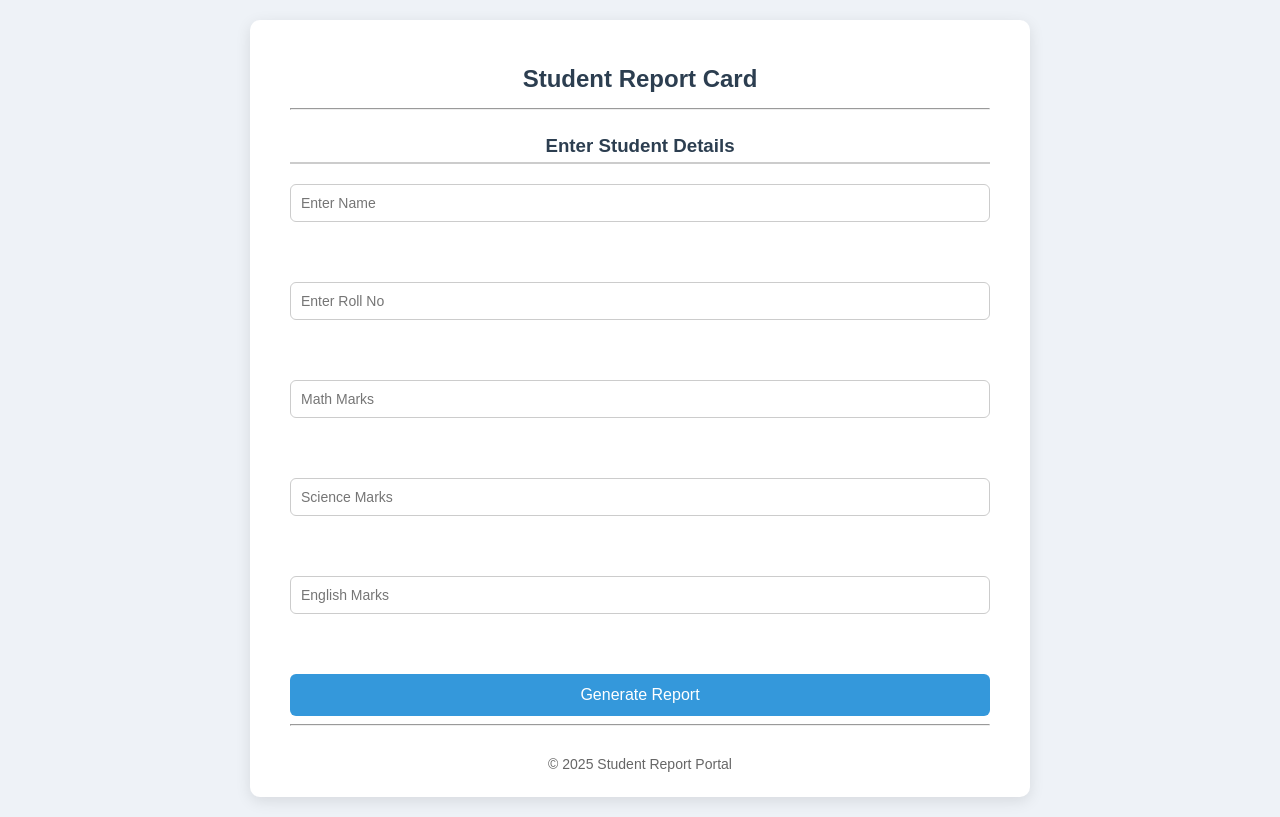
Repository: ashwinii19/Core-Java-Learning
Page: http://localhost/24-JSP/
These files come from the project's save history. The page is drawn as it stood at one moment and after the next save; the edit follows.
The browser window is 1280 px wide. The pictures show the whole page.
The page is served by Tomcat 9. Other server files are loaded and not shown.

Above is the page before, as saved 2025-08-20 03:55:32.

### 24-JSP/src/main/webapp/index.jsp
<%@ page language="java" contentType="text/html; charset=ISO-8859-1"
    pageEncoding="ISO-8859-1"%>
<!DOCTYPE html>
<html>
<head>
<meta charset="ISO-8859-1">
<title>Home</title>
</head>
<body>
    <jsp:include page="header.jsp"/>

    <h3>Enter Student Details</h3>
    <form action="profile.jsp" method="get">
        <input type="text" name="name" placeholder="Enter Name"
       pattern="^[A-Za-z ]+$" title="Name must contain only letters and spaces" required /><br><br>


        <input type="text" name="rollNo" placeholder="Enter Roll No" required/><br><br>

         <input type="number" name="math" placeholder="Math Marks" min="0" max="100" required/><br><br>
        <input type="number" name="science" placeholder="Science Marks" min="0" max="100" required/><br><br>
        <input type="number" name="english" placeholder="English Marks" min="0" max="100" required/><br><br>

        <input type="submit" value="Generate Report"/>
    </form>

    <jsp:include page="footer.jsp"/>
</body>
</html>

### 24-JSP/src/main/webapp/header.jsp
<%@ page language="java" contentType="text/html; charset=ISO-8859-1"
	pageEncoding="ISO-8859-1"%>
<!DOCTYPE html>
<html>
<head>
<meta charset="ISO-8859-1">
<link rel="stylesheet" type="text/css" href="css/style.css">
<title>Header</title>
</head>
<body>
	<div class="container">
		<h2>Student Report Card</h2>
		<hr />
</body>
</html>

### 24-JSP/src/main/webapp/footer.jsp
<%@ page language="java" contentType="text/html; charset=ISO-8859-1"
	pageEncoding="ISO-8859-1"%>
<!DOCTYPE html>
<html>
<head>
<meta charset="ISO-8859-1">
<title>Footer</title>
</head>
<body>
	<hr />
	<footer>&copy; 2025 Student Report Portal</footer>
	</div>
</body>
</html>

### 24-JSP/src/main/webapp/css/style.css
/* General Page Styling */
body {
    font-family: Arial, sans-serif;
    background-color: #eef2f7;
    margin: 0;
    padding: 20px;
}

/* Centered Card Container */
.container {
    max-width: 700px;
    margin: auto;
    background: #ffffff;
    padding: 25px 40px;
    border-radius: 10px;
    box-shadow: 0 4px 15px rgba(0,0,0,0.1);
}

/* Headings */
h1, h2, h3 {
    text-align: center;
    color: #2c3e50;
    margin-bottom: 15px;
}

h3 {
    margin-top: 25px;
    border-bottom: 2px solid #ccc;
    padding-bottom: 5px;
}

/* Form */
form {
    display: flex;
    flex-direction: column;
    gap: 12px;
    margin-top: 20px;
}

input[type="text"],
input[type="number"] {
    padding: 10px;
    border: 1px solid #ccc;
    border-radius: 6px;
    font-size: 14px;
}

input[type="submit"] {
    background: #3498db;
    color: white;
    border: none;
    padding: 12px;
    border-radius: 6px;
    font-size: 16px;
    cursor: pointer;
}

input[type="submit"]:hover {
    background: #2980b9;
}

/* Pass/Fail colors */
.status-pass {
    color: green;
    font-weight: bold;
}
.status-fail {
    color: red;
    font-weight: bold;
}

/* Table Styling */
table {
    width: 100%;
    border-collapse: collapse;
    margin-top: 20px;
}

table, th, td {
    border: 1px solid #ccc;
}

th, td {
    padding: 12px;
    text-align: center;
    font-size: 15px;
}

th {
    background-color: #3498db;
    color: white;
}

.result-table td {
    font-weight: bold;
}


/* Footer */
footer {
    text-align: center;
    color: #666;
    font-size: 14px;
    margin-top: 30px;
}

After the next save:
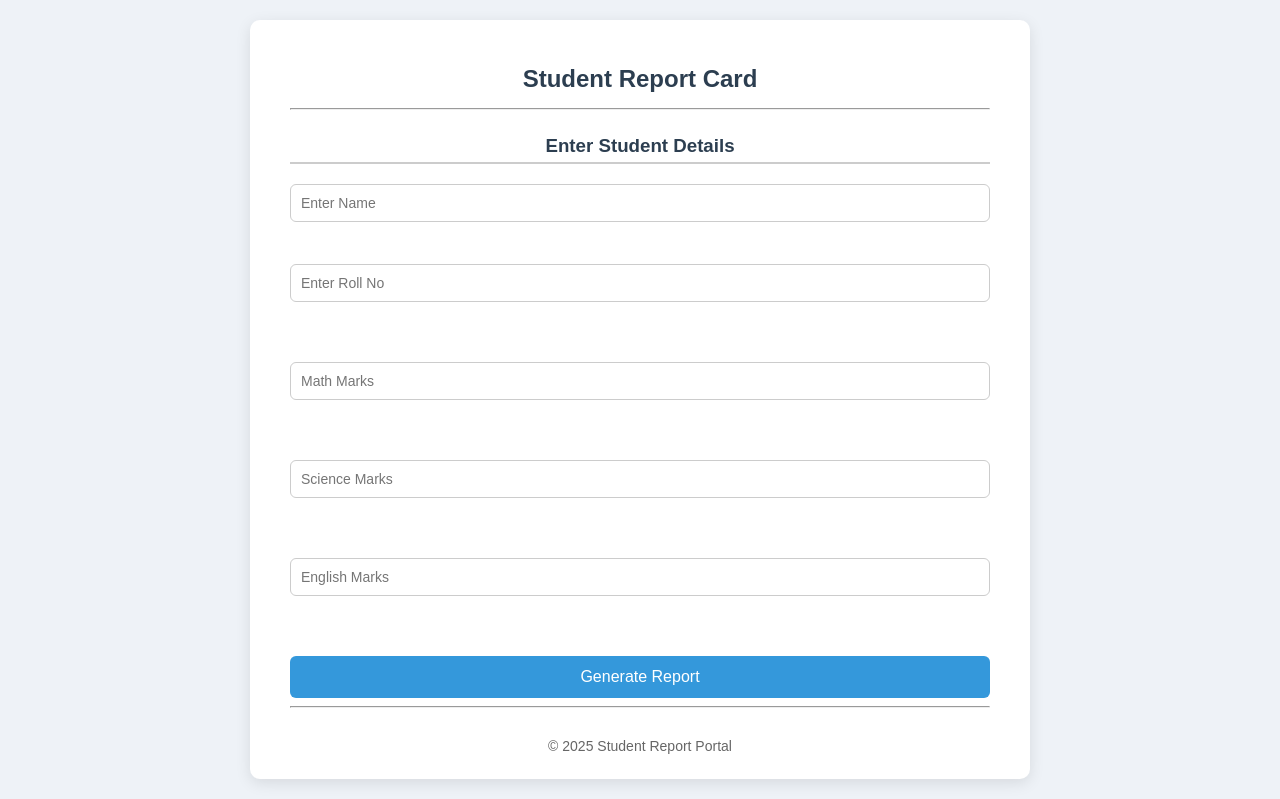
Saved 51 s later.
--- a/24-JSP/src/main/webapp/index.jsp
+++ b/24-JSP/src/main/webapp/index.jsp
@@ -12,7 +12,7 @@
     <h3>Enter Student Details</h3>
     <form action="profile.jsp" method="get">
         <input type="text" name="name" placeholder="Enter Name"
-       pattern="^[A-Za-z ]+$" title="Name must contain only letters and spaces" required /><br><br>
+       pattern="^[A-Za-z ]+$" title="Name must contain only letters and spaces" required /><br>
 
 
         <input type="text" name="rollNo" placeholder="Enter Roll No" required/><br><br>
